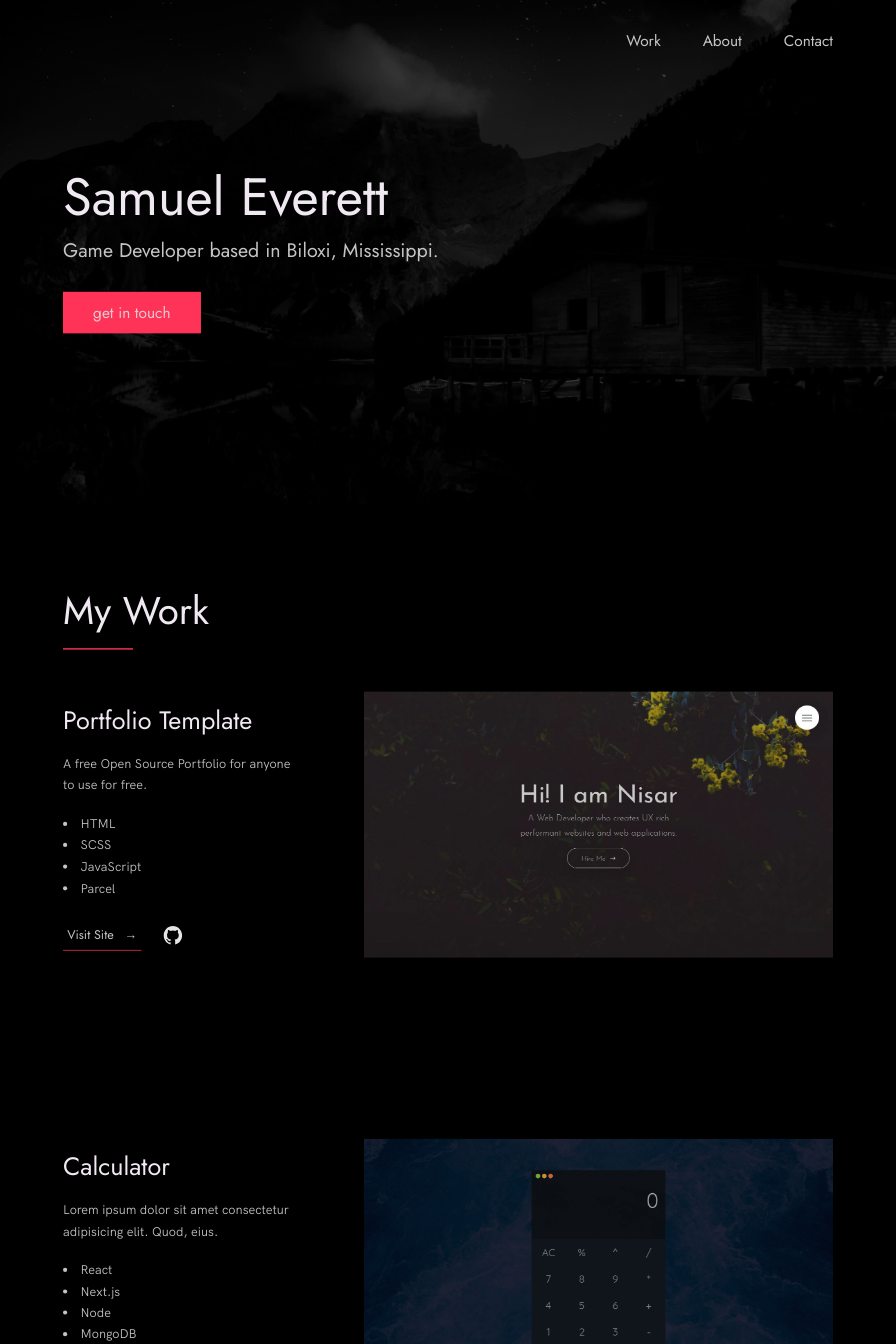
Repository: invadingdingo/portfolio
Page: index.html
The author's editor kept a copy of each file at every save. The page is drawn from the files as they stood at one save, then again after the next save.
The browser window is 1280 px wide. The pictures show the part of the page from y = 0 to 1920 px (the page is 4443 px tall), at 70% of full size.
Backgrounds fixed to the window are drawn as part of the page.

Above is the page before, as saved 2024-10-04 23:02:05.

### index.html
<!--
  Hello 😊.

  This template is designed and developed by Nisar Hassan Naqvi
  for anyone to use for free or customize the way they like.

  Github Repo: https://github.com/nisarhassan12/portfolio-template/
  My Website: https://nisar.dev

  For business & inquires, contact me => syednisarhassan12@gmail.com
-->

<!--
  Follow the instructions written in comments to create your stunning portfolio
-->

<!DOCTYPE html>
<html lang="en">

<head>
  <meta charset="UTF-8" />
  <meta name="viewport" content="width=device-width, initial-scale=1.0" />
  <link rel="shortcut icon" type="image/png" href="./images/favicon.png" />

  <!-- Put your site title here -->
  <title>
    Samuel Everett | Game Developer based in Biloxi, Mississippi.
  </title>

  <meta name="description" content="Add small description of yourslef.">
  <!-- Add some coding keywords below, Ex: (React, CSS etc) -->
  <meta name="keywords" content="Put your name, skills and some coding keywords" />
  <link rel="stylesheet" href="index.css" />
</head>

<body>

  <!-- ***** Header ***** -->

  <header class="header" role="banner" id="top">
    <div class="row">
      <nav class="nav" role="navigation">
        <ul class="nav__items">
          <li class="nav__item"><a href="#work" class="nav__link">Work</a></li>
          <!--<li class="nav__item"><a href="#clients" class="nav__link">Clients</a></li>**/-->
          <li class="nav__item">
            <a href="#about" class="nav__link">About</a>
          </li>
          <li class="nav__item">
            <a href="#contact" class="nav__link">Contact</a>
          </li>
        </ul>
      </nav>
    </div>
    <div class="header__text-box row">
      <div class="header__text">
        <h1 class="heading-primary">
          <!-- Replace the following name with your name -->
          <span>Samuel Everett</span>
        </h1>
        <!-- Put a small paragraph about yourself -->
        <p>Game Developer based in Biloxi, Mississippi.</p>
        <a href="#contact" class="btn btn--pink">get in touch</a>
      </div>
    </div>
  </header>

  <main role="main">

    <!-- ***** Work ***** -->

    <section class="work" id="work">
      <div class="row">
        <h2>My Work</h2>
        <div class="work__boxes">

          <!-- Each div with the work__box class is a project. -->

          <div class="work__box">
            <div class="work__text">
              <h3>Portfolio Template</h3>
              <p>
                A free Open Source Portfolio for anyone to use for free.
              </p>
              <ul class="work__list">
                <li>HTML</li>
                <li>SCSS</li>
                <li>JavaScript</li>
                <li>Parcel</li>
              </ul>

              <div class="work__links">
                <a href="https://nisar.surge.sh" target="_blank" class="link__text">
                  Visit Site <span>&rarr;</span>
                </a>
                <a href="https://github.com/nisarhassan12/portfolio" title="View Source Code" target="_blank">
                  <img src="./images/github.svg" class="work__code" alt="GitHub">
                </a>
              </div>
            </div>
            <div class="work__image-box">
              <img src="./images/project-1.png" class="work__image" alt="Project 1" />
            </div>
          </div>

          <div class="work__box">
            <div class="work__text">
              <h3>Calculator</h3>
              <p>
                Lorem ipsum dolor sit amet consectetur adipisicing elit. Quod,
                eius.
              </p>
              <ul class="work__list">
                <li>React</li>
                <li>Next.js</li>
                <li>Node</li>
                <li>MongoDB</li>
              </ul>

              <div class="work__links">
                <a href="#" class="link__text">
                  Visit Site <span>&rarr;</span>
                </a>
                <a href="#">
                  <img src="./images/github.svg" class="work__code" title="View Source Code" alt="GitHub">
                </a>
              </div>
            </div>
            <div class="work__image-box">
              <img src="./images/project-2.png" class="work__image" alt="Project 1" />
            </div>
          </div>

          <div class="work__box">
            <div class="work__text">
              <h3>Notificator</h3>
              <p>
                Lorem ipsum dolor sit amet consectetur adipisicing elit. Quod,
                eius.
              </p>
              <ul class="work__list">
                <li>React</li>
                <li>Next.js</li>
                <li>Node</li>
                <li>MongoDB</li>
              </ul>

              <div class="work__links">
                <a href="#" class="link__text">
                  Visit Site <span>&rarr;</span>
                </a>
                <a href="#">
                  <img src="./images/github.svg" class="work__code" title="View Source Code" alt="GitHub">
                </a>
              </div>
            </div>
            <div class="work__image-box">
              <img src="./images/project-3.png" class="work__image" alt="Project 3" />
            </div>
          </div>
        </div>
      </div>
    </section>

    <!-- ***** Clients ***** -->
    <!--
    <section class="client" id="clients">
      <div class="row">
        <h2>Clients</h2>
        <div class="client__logos"> -->
          <!-- Add logos of the clients or companies you'have worked with. -->
         <!-- <img src="./images/ronjones.png" class="client__logo" alt="Company 2" />
          <img src="./images/goldengrid.png" class="client__logo" alt="Company 3" />
          <img src="./images/bullseye.png" class="client__logo" alt="Company 1" />
          <img src="./images/mighty-furnitures.png" class="client__logo" alt="Company 1" />
          <img src="./images/fastlane.png" class="client__logo" alt="Company 3" />
          <img src="./images/chippy.png" class="client__logo" alt="Company 1" />
        </div>
      </div>
    </section>
  -->
    <!-- ***** About ***** -->

    <section class="about" id="about">
      <div class="row">
        <h2>About Me</h2>
        <div class="about__content">
          <div class="about__text">
            <!-- Replace the below paragraph with info about yourself -->
            <p>
              Lorem ipsum dolor sit amet, consectetur adipisicing elit. Eos id
              nostrum illo harum blanditiis, tenetur eum suscipit cupiditate
              in vel, ex quam quidem quos mollitia labore aut sunt eius
              ratione molestiae fuga veniam facere similique voluptate.
            </p>
            <!-- Provide a link to your resume -->
            <a href="#" class="btn">My Resume</a>
          </div>

          <div class="about__photo-container">
            <!-- Add a nice photo of yourself -->
            <img class="about__photo" src="./images/syed-ali-hussnain.jpg" alt="" />
          </div>
        </div>
      </div>
    </section>
  </main>

  <!-- ***** Contact ***** -->

  <section class="contact" id="contact">
    <div class="row">
      <h2>Get in Touch</h2>
      <div class="contact__info">
        <p>
          Are you looking for a fast-performing and user-friendly website to
          represent your product or business? or looking for any kind of
          consultation? or want to ask questions? or have some advice for me
          or just want to say "Hi 👋" in any case feel free to Let me know. I
          will do my best to respond back. 😊 The quickest way to reach out to
          me is via an email.
        </p>
        <!-- Replace the email with yours -->
        <a href="mailto:you@example.com" class="btn">you@example.com</a>
      </div>
    </div>
  </section>

  <!-- ***** Footer ***** -->

  <footer role="contentinfo" class="footer">
    <div class="row">
      <!-- Update the links to point to your accounts -->
      <ul class="footer__social-links">
        <li class="footer__social-link-item">
          <a href="https://twitter.com/nisarhassan12/" title="Link to Twitter Profile">
            <img src="./images/twitter.svg" class="footer__social-image" alt="Twitter">
          </a>
        </li>
        <li class="footer__social-link-item">
          <a href="https://github.com/nisarhassan12/" title="Link to Github Profile">
            <img src="./images/github.svg" class="footer__social-image" alt="Github">
          </a>
        </li>
        <li class="footer__social-link-item">
          <a href="https://codepen.io/nisar_hassan" title="Link to Codepen Profile">
            <img src="./images/codepen.svg" class="footer__social-image" alt="Codepen">
          </a>
        </li>
        <li class="footer__social-link-item">
          <a href=https://www.linkedin.com/in/nisar-hassan-naqvi-413466199/">
            <img src="./images/linkedin.svg" title="Link to Linkedin Profile" class="footer__social-image" alt="Linkedin">
          </a>
        </li>
      </ul>

      <!-- If you give me some credit by keeping the below paragraph, will be huge for me 😊 Thanks. -->
      <p>
        &copy; 2020 - Template designed & developed by <a href="https://nisar.dev" class="link">Nisar</a>.
      </p>
      <div class="footer__github-buttons">
        <iframe
          src="https://ghbtns.com/github-btn.html?user=nisarhassan12&repo=portfolio-template&type=watch&count=true"
          frameborder="0" scrolling="0" width="170" height="20" title="Watch Portfolio Template on GitHub">
        </iframe>
      </div>
    </div>
  </footer>

  <a href="#top" class="back-to-top" title="Back to Top">
    <img src="./images/arrow-up.svg" alt="Back to Top" class="back-to-top__image"/>
  </a>
  <script src="./index.js"></script>
</body>

</html>

### index.css
/* --------------------------------------- */
/* ----- Basic Setup ----- */
/* --------------------------------------- */

@font-face {
    font-family: 'Hk Grotesk';
    font-style: normal;
    font-weight: 400;
    src: url('./fonts/HKGrotesk-Regular.woff') format('woff');
}

@font-face {
    font-family: 'Jost';
    font-style: normal;
    font-weight: 400;
    src: url('./fonts/Jost-Regular.ttf') format('woff');
}

* {
    margin: 0;
    padding: 0;
    box-sizing: inherit;
}

:root {
    --font-size-small: 1.8rem;
    --font-size-normal: 2.2rem;
    --font-size-medium: 2.8rem;
    --font-size-medium-1: 3.6rem;
    --font-size-large: 5.5rem;
    --font-size-huge: 7.5rem;
    --font-stack: 'Hk Grotesk', sans-serif;

    --line-height-normal: 1.7;
    --line-height-small: 1.2;

    --black: #000;
    --pink: #ff3258;
    --white: #f0e9f2;
    --white-1: #e5e5e6da;


    --container-max-width: 1180px;
    --container-normal-width: 800px;
    --container-medium-width: 700px;
    --container-small-width: 500px;

    --gutter-huge: 12rem;
    --gutter-medium: 6rem;
    --gutter-normal: 3rem;
    --gutter-small-1: 2.5rem;
    --gutter-small: 2rem;

    --border-light: 1px solid rgb(36, 35, 35);
}

html {
    font-size: 62.5%; /* (16/10)*100 = 62.5% => 1rem = 10px */
    box-sizing: border-box;
    scroll-behavior: smooth;
}

@media(max-width: 1000px) {
    html {
        font-size: 52%;
    }
}

body {
    font-size: var(--font-size-small);
    font-family: var(--font-stack);
    font-weight: 400;
    color: var(--white-1);
    line-height: var(--line-height-normal);
    background: var(--black);
    overflow-x: hidden;
}

.row {
    max-width: var(--container-max-width);
    margin: 0 auto;
}

@media(max-width: 1340px) {
    .row {
        max-width: 1100px;
    }
}

@media(max-width: 1240px) {
    .row {
        padding: 0 var(--gutter-medium);
    }
}

@media(max-width: 600px) {
    .row {
        padding: 0 var(--gutter-normal);
    }
}

@media(max-width: 600px) {
    .row {
        padding: 0 var(--gutter-small);
    }
}

section {
    padding: var(--gutter-huge) 0;
    border-bottom: var(--border-light);
}

img {
    object-fit: contain;
    max-width: 100%;
}

/* --------------------------------------- */
/* ----- Headlines and Paragraphs ----- */
/* --------------------------------------- */

h1,
h2,
h3 {
    font-family: 'Jost', sans-serif;
    font-weight: 400;
    line-height: var(--line-height-small);
    color: var(--white);
}

.heading-primary {
    line-height: 1;
    font-size: var(--font-size-huge);
    font-weight: 400;
}

@media(max-width: 900px) {
    .heading-primary {
        font-size: 6.5rem;
    }
}

h2 {
    font-size: var(--font-size-large);
    margin-bottom: var(--gutter-medium);
}

h2::after {
    content: '';
    display: block;
    height: 2px;
    width: 10rem;
    background: var(--pink);
    margin: var(--gutter-small) 0;
}

h3 {
    font-size: var(--font-size-medium-1);
    margin-bottom: var(--gutter-small);
}

@media(max-width: 500px) {
    .heading-primary {
        font-size: var(--font-size-large);
    }

    h2 {
        font-size: var(--font-size-medium-1);
    }

    h3 {
        font-size: var(--font-size-medium);
    }
}

p {
    margin: var(--gutter-small-1) 0;
}

@media(max-width: 900px) {
    p {
        max-width: var(--container-small-width);
    }
}

/* --------------------------------------- */
/* ----- Buttons and Links ----- */
/* --------------------------------------- */

a {
    color: var(--white);
    font-weight: 400;
    font-family: 'Jost', sans-serif;
    transition: all .2s;
    outline: 2px solid transparent;
}

::-moz-focus-inner {
    border: 0;
}

button:focus,
a:focus {
    outline: 2px solid var(--pink);
}

body:not(.user-is-tabbing) button:focus,
body:not(.user-is-tabbing) a:focus {
    outline: none;
}

.link:hover {
    color: var(--pink);
}

.btn {
    position: relative;
    display: inline-block;
    padding: 1rem 4.2rem;
    text-decoration: none;
    color: inherit;
    border: 1px solid  var(--pink);
    font-weight: 400;
}

.btn:focus {
    outline: none;
}

.btn::after {
    content: '';
    display: block;
    position: absolute;
    top: 0;
    left: 0;
    right: 100%;
    background: var(--white);
    height: 100%;
    z-index: -1;
    transition: all 0.2s cubic-bezier(1, 0.68, 0.16, 0.9);
}

.btn:hover::after,
.btn:focus::after {
    right: 0;
    background: var(--pink);
}

.btn--pink {
    background: var(--pink);
    transition: all 0.2s;
}

.btn--pink::after {
    display: none;
}

.btn--pink:hover,
.btn--pink:focus {
    background: transparent;
}

.link__text {
    position: relative;
    display: inline-block;
    padding: .6rem;
    color: inherit;
    text-decoration: none;
    border-bottom: 1px solid var(--pink);
}

.link__text::after {
    content: '';
    display: block;
    position: absolute;
    top: 0;
    left: 0;
    right: 100%;
    background: var(--white);
    height: 100%;
    z-index: -1;
    transition: all 0.2s cubic-bezier(1, 0.68, 0.16, 0.9);
}

.link__text:focus {
    outline: none;
}

.link__text:hover::after,
.link__text:focus:after {
    right: 0;
    background: var(--pink);
}

.link__text span {
    padding-left: 1rem;
    font-family: sans-serif;
}

/* ----- Back to Top ----- */

.back-to-top {
    position: fixed;
    bottom: 4rem;
    right: 4rem;
    display: flex;
    justify-content: center;
    align-items: center;
    height: 5.5rem;
    width: 5.5rem;
    background-color: var(--pink);
    border-radius: 50%;
    z-index: 10;
    visibility: hidden;
    transition: all .4s;
}

.back-to-top__image {
    height: 70%;
}

@media(max-width: 900px) {
    .back-to-top {
        right: 2rem;
    }
}

@media(max-width: 500px) {
    .back-to-top {
        right: 1rem;
    }
}

/* --------------------------------------- */
/* ----- Navigation ----- */
/* --------------------------------------- */

.nav {
    display: flex;
    justify-content: flex-end;
    padding: var(--gutter-normal) 0;
}

.nav__items {
    display: flex;
    list-style: none;
}

.nav__item:not(:last-child) {
    margin-right: var(--gutter-medium);
}

@media(max-width: 500px) {
    .nav {
        justify-content: center;
    }
}

@media(max-width: 400px) {
    .nav__item:not(:last-child) {
        margin-right: var(--gutter-normal);
    }
}

@media(max-width: 300px) {
    .nav {
        font-size: var(--font-size-small);
    }
}

.nav__link {
    position: relative;
    display: inline-block;
    padding: 1rem 0;
    text-decoration: none;
    color: inherit;
    transition: all .2s;
}

.nav__link::after {
    content: '';
    position: absolute;
    bottom: 0;
    left: 0;
    right: 100%;
    display: inline-block;
    height: 1rem;
    background: var(--white);
    transition: all 0.25s cubic-bezier(1, 0.68, 0.16, 0.9);
}

.nav__link:hover {
    color: var(--pink);
}

.nav__link:hover::after {
    right: 0;
    height: 2px;
    background: var(--pink);
}

/* --------------------------------------- */
/* ----- Header ----- */
/* --------------------------------------- */

.header {
    background: linear-gradient(rgba(0,0,0, .1), rgba(0,0,0, .4)),
        url('./images/header.jpg');
    height: 100vh;
    background-size: cover;
    background-position: center;
    background-attachment: fixed;
    font-size: var(--font-size-normal);
}

.header__text {
    position: absolute;
    top: 50%;
    transform: translateY(-50%);
}

.header__text p {
    margin: 1.5rem 0 3.5rem;
    max-width: var(--container-medium-width);
    font-family: 'Jost', sans-serif;
    font-size: var(--font-size-medium);
}

@media(max-width: 500px) {
    .header {
        text-align: center;
    }

    .header__text p {
        transform: scale(.8);
    }
}

/* --------------------------------------- */
/* ----- Work ----- */
/* --------------------------------------- */

.work__box {
    display: flex;
    align-items: center;
}

@media(max-width: 900px) {
    .work__box {
        align-items: initial;
        flex-direction: column-reverse;
    }
}

.work__box:not(:last-child) {
    margin-bottom: 25rem;
}

@media(max-width: 500px) {
    .work__box:not(:last-child) {
        margin-bottom: 20rem;
    }
}

.work__links {
    display: flex;
    align-items: center;
}

.work__text {
    flex: 0 0 30%;
}

.work__list {
    /* list-style-type: square; */
    list-style-position: inside;
    margin-bottom: var(--gutter-normal);
}

.work__code {
    display: block;
    height: 3rem;
    margin-left: var(--gutter-normal);
    transition: all .3s;
}

.work__code:hover {
    transform: scale(1.2);
}

.work__image-box {
    margin-bottom: var(--gutter-normal);
}

@media(min-width: 901px) {
    .work__image-box {
        flex: 1;
        margin: 0 0 0 10rem;
    }
}

@media(max-width: 900px) {
    .work__code {
        height: 4rem;
    }
}

/* --------------------------------------- */
/* ----- Clients ----- */
/* --------------------------------------- */

.client__logos {
    display: flex;
    justify-content: space-between;
    filter: invert(100%) grayscale(100%) opacity(.8);
}

.client__logo {
    height: 6.5rem;
    max-width: 18rem;
}

@media(max-width: 1240px) {
    .client__logos {
        overflow-x: scroll;
        padding: var(--gutter-normal);
    }

    .client__logo:not(:last-of-type) {
        margin-right: var(--gutter-medium);
    }
}

/* --------------------------------------- */
/* ----- About ----- */
/* --------------------------------------- */

.about__content {
    display: flex;
    flex-direction: row-reverse;
    align-items: center;
}

@media(max-width: 900px) {
    .about__content {
        flex-direction: column-reverse;
        align-items: initial;
    }
}

.about__photo-container {
    margin-bottom: var(--gutter-normal);
}

@media(min-width: 901px) {
    .about__text {
        flex: 0 0 35%;
    }

    .about__photo-container {
        flex: 1;
        margin: 0 var(--gutter-huge) 0 0;
    }
}

/* --------------------------------------- */
/* ----- Contact ----- */
/* --------------------------------------- */

.contact__info {
    max-width: var(--container-medium-width);
}

/* --------------------------------------- */
/* ----- Footer ----- */
/* --------------------------------------- */

.footer {
    text-align: center;
    padding: var(--gutter-medium) 0 var(--gutter-normal);
}

.footer__social-links {
    display: flex;
    justify-content: center;
    padding: var(--gutter-normal) 0;
    list-style: none;
}

.footer__social-link-item:not(:last-of-type) {
    margin-right: var(--gutter-small);
}

.footer__social-image {
    height: 4rem;
}

.footer__github-buttons {
    display: flex;
    justify-content: center;
}

.footer__github-buttons iframe {
    height: 2.5rem;
    width: 84px;
    transform: translateY(3px);
}

@media(max-width: 500px) {
    .footer {
        padding: var(--gutter-medium) 0;
    }
}

### index.js
/* -----------------------------------------
  Have focus outline only for keyboard users
 ---------------------------------------- */

const handleFirstTab = (e) => {
  if(e.key === 'Tab') {
    document.body.classList.add('user-is-tabbing')

    window.removeEventListener('keydown', handleFirstTab)
    window.addEventListener('mousedown', handleMouseDownOnce)
  }

}

const handleMouseDownOnce = () => {
  document.body.classList.remove('user-is-tabbing')

  window.removeEventListener('mousedown', handleMouseDownOnce)
  window.addEventListener('keydown', handleFirstTab)
}

window.addEventListener('keydown', handleFirstTab)

const backToTopButton = document.querySelector(".back-to-top");
let isBackToTopRendered = false;

let alterStyles = (isBackToTopRendered) => {
  backToTopButton.style.visibility = isBackToTopRendered ? "visible" : "hidden";
  backToTopButton.style.opacity = isBackToTopRendered ? 1 : 0;
  backToTopButton.style.transform = isBackToTopRendered
    ? "scale(1)"
    : "scale(0)";
};

window.addEventListener("scroll", () => {
  if (window.scrollY > 700) {
    isBackToTopRendered = true;
    alterStyles(isBackToTopRendered);
  } else {
    isBackToTopRendered = false;
    alterStyles(isBackToTopRendered);
  }
});

After the next save:
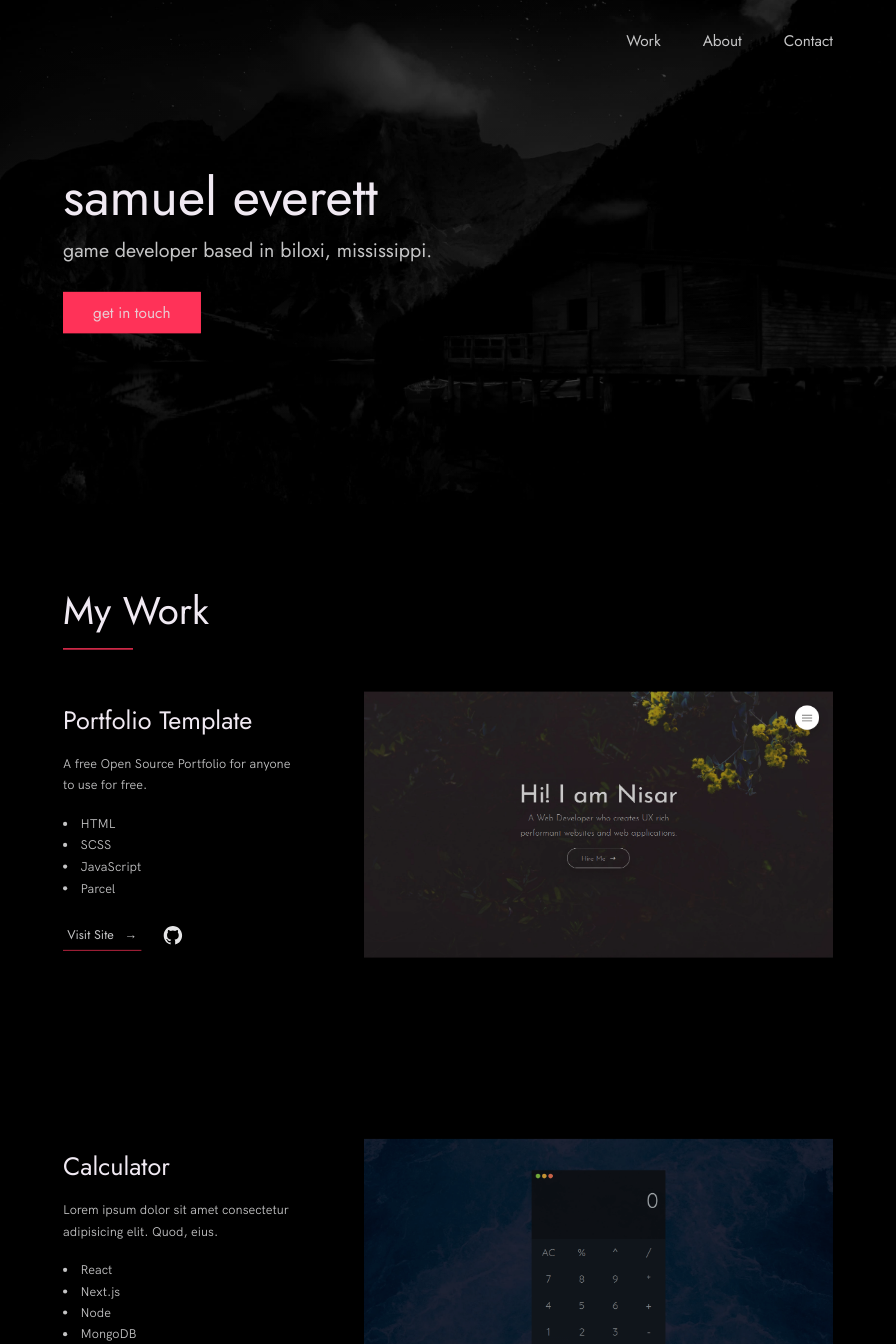
Saved 13 s later.
--- a/index.html
+++ b/index.html
@@ -56,10 +56,10 @@
       <div class="header__text">
         <h1 class="heading-primary">
           <!-- Replace the following name with your name -->
-          <span>Samuel Everett</span>
+          <span>samuel everett</span>
         </h1>
         <!-- Put a small paragraph about yourself -->
-        <p>Game Developer based in Biloxi, Mississippi.</p>
+        <p>game developer based in biloxi, mississippi.</p>
         <a href="#contact" class="btn btn--pink">get in touch</a>
       </div>
     </div>
